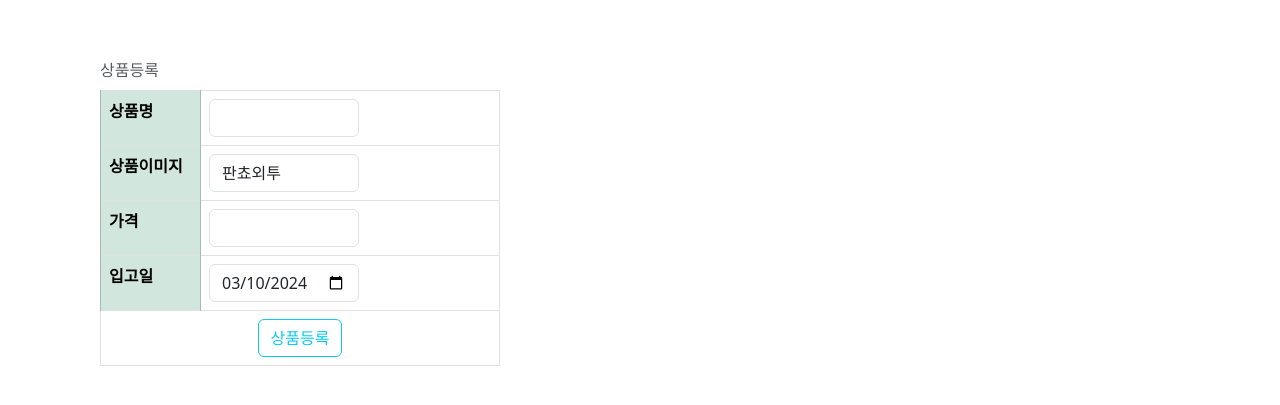
Repository: JunbroGit/SistProject
Page: http://localhost/jsaAjaxProject/quizshop/addForm.jsp
An editor plug-in stored every save of this project. The page is shown before and after the next save, followed by the edit.
The browser window is 1280 px wide. The pictures show the whole page.
Some web fonts or font styles are not loaded; a fallback is used. The page is served by Tomcat 9.

Above is the page before, as saved 2024-03-12 06:24:53.

After the next save:
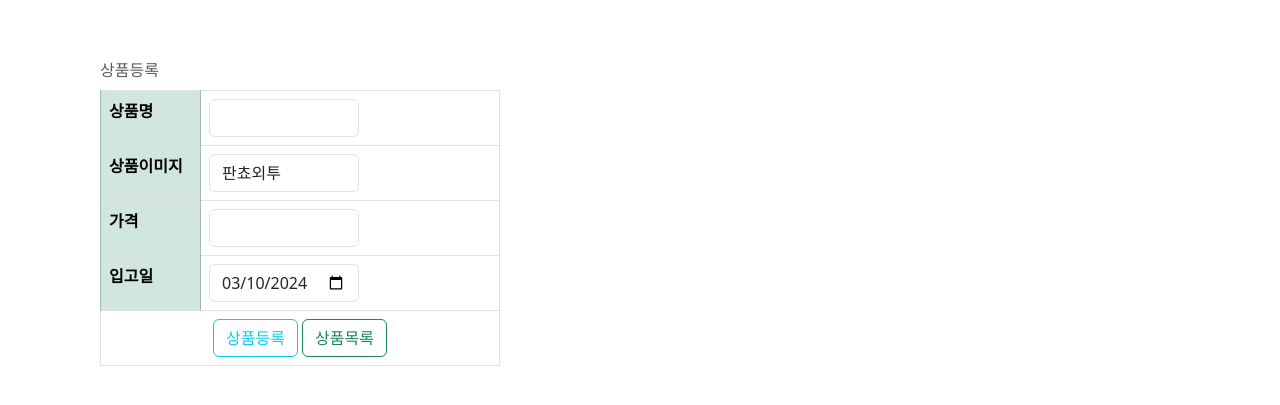
Saved 51 s later.
--- a/jspwork/jsaAjaxProject/src/main/webapp/quizshop/addForm.jsp
+++ b/jspwork/jsaAjaxProject/src/main/webapp/quizshop/addForm.jsp
@@ -48,7 +48,8 @@
 
 				<tr>
 					<td colspan="2" align="center">
-						<button type="submit" class="btn btn-outline-info">상품등록</button>
+						<button type="button" class="btn btn-outline-info">상품등록</button>
+						<button type="button" class="btn btn-outline-success" onclick="">상품목록</button>
 					</td>
 				</tr>
 		</table>
